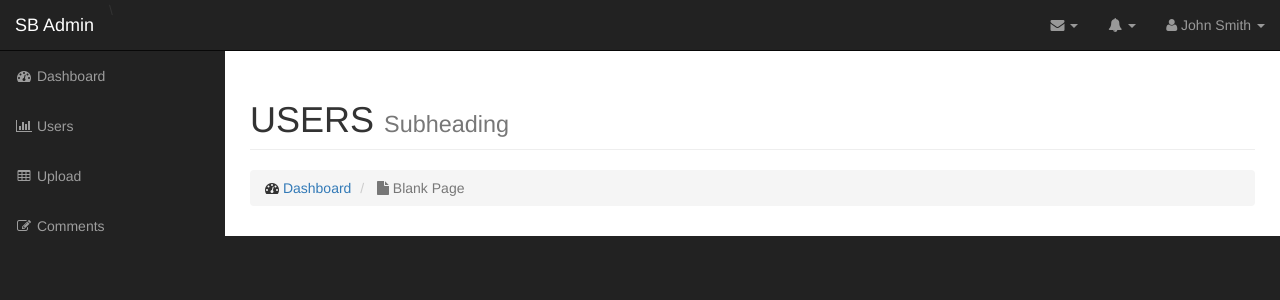
Repository: Dennis-star1001/PHP_OOP
Page: http://localhost/admin/comment.php
An editor plug-in stored every save of this project. The page is shown before and after the next save, followed by the edit.
The browser window is 1280 px wide. The pictures show the whole page.
The page is run by PHP 8.4 with error messages shown; the project is at /var/www/html/.

Above is the page before, as saved 2022-07-12 22:39:50.

### admin/comment.php
<?php include("includes/header.php"); ?>

<!-- Navigation -->
<nav class="navbar navbar-inverse navbar-fixed-top" role="navigation">\

    <!-- Brand and toggle get grouped for better mobile display -->
    <?php include("includes/top_nav.php") ?>

    <!-- Sidebar Menu Items - These collapse to the responsive navigation menu on small screens -->
    <?php include("includes/side_nav.php") ?>

    <!-- /.navbar-collapse -->
</nav>







<div id="page-wrapper">
    <div class="container-fluid">

        <!-- Page Heading -->
        <div class="row">
            <div class="col-lg-12">
                <h1 class="page-header">
               USERS
                    <small>Subheading</small>
                </h1>
                <ol class="breadcrumb">
                    <li>
                        <i class="fa fa-dashboard"></i> <a href="index.html">Dashboard</a>
                    </li>
                    <li class="active">
                        <i class="fa fa-file"></i> Blank Page
                    </li>
                </ol>
            </div>
        </div>
        <!-- /.row -->

    </div>

    <!-- /.container-fluid -->

</div>
<!-- /#page-wrapper -->

<?php include("includes/footer.php"); ?>

### admin/includes/header.php
<!DOCTYPE html>
<html lang="en">

<head>

    <meta charset="utf-8">
    <meta http-equiv="X-UA-Compatible" content="IE=edge">
    <meta name="viewport" content="width=device-width, initial-scale=1">
    <meta name="description" content="">
    <meta name="author" content="">

    <title>SB Admin - Bootstrap Admin Template</title>

    <!-- Bootstrap Core CSS -->
    <link href="css/bootstrap.min.css" rel="stylesheet">

    <!-- Custom CSS -->
    <link href="css/sb-admin.css" rel="stylesheet">

    <!-- Custom Fonts -->
    <link href="font-awesome/css/font-awesome.min.css" rel="stylesheet" type="text/css">

    <!-- HTML5 Shim and Respond.js IE8 support of HTML5 elements and media queries -->
    <!-- WARNING: Respond.js doesn't work if you view the page via file:// -->
    <!--[if lt IE 9]>
        <script src="https://oss.maxcdn.com/libs/html5shiv/3.7.0/html5shiv.js"></script>
        <script src="https://oss.maxcdn.com/libs/respond.js/1.4.2/respond.min.js"></script>
    <![endif]-->

</head>

<body>

    <div id="wrapper">

### admin/includes/top_nav.php

            <div class="navbar-header">
                <button type="button" class="navbar-toggle" data-toggle="collapse" data-target=".navbar-ex1-collapse">
                    <span class="sr-only">Toggle navigation</span>
                    <span class="icon-bar"></span>
                    <span class="icon-bar"></span>
                    <span class="icon-bar"></span>
                </button>
                <a class="navbar-brand" href="index.html">SB Admin</a>
            </div>
            <!-- Top Menu Items -->
            <ul class="nav navbar-right top-nav">
                <li class="dropdown">
                    <a href="#" class="dropdown-toggle" data-toggle="dropdown"><i class="fa fa-envelope"></i> <b class="caret"></b></a>
                    <ul class="dropdown-menu message-dropdown">
                        <li class="message-preview">
                            <a href="#">
                                <div class="media">
                                    <span class="pull-left">
                                        <img class="media-object" src="http://placehold.it/50x50" alt="">
                                    </span>
                                    <div class="media-body">
                                        <h5 class="media-heading">
                                            <strong>John Smith</strong>
                                        </h5>
                                        <p class="small text-muted"><i class="fa fa-clock-o"></i> Yesterday at 4:32 PM</p>
                                        <p>Lorem ipsum dolor sit amet, consectetur...</p>
                                    </div>
                                </div>
                            </a>
                        </li>
                        <li class="message-preview">
                            <a href="#">
                                <div class="media">
                                    <span class="pull-left">
                                        <img class="media-object" src="http://placehold.it/50x50" alt="">
                                    </span>
                                    <div class="media-body">
                                        <h5 class="media-heading">
                                            <strong>John Smith</strong>
                                        </h5>
                                        <p class="small text-muted"><i class="fa fa-clock-o"></i> Yesterday at 4:32 PM</p>
                                        <p>Lorem ipsum dolor sit amet, consectetur...</p>
                                    </div>
                                </div>
                            </a>
                        </li>
                        <li class="message-preview">
                            <a href="#">
                                <div class="media">
                                    <span class="pull-left">
                                        <img class="media-object" src="http://placehold.it/50x50" alt="">
                                    </span>
                                    <div class="media-body">
                                        <h5 class="media-heading">
                                            <strong>John Smith</strong>
                                        </h5>
                                        <p class="small text-muted"><i class="fa fa-clock-o"></i> Yesterday at 4:32 PM</p>
                                        <p>Lorem ipsum dolor sit amet, consectetur...</p>
                                    </div>
                                </div>
                            </a>
                        </li>
                        <li class="message-footer">
                            <a href="#">Read All New Messages</a>
                        </li>
                    </ul>
                </li>
                <li class="dropdown">
                    <a href="#" class="dropdown-toggle" data-toggle="dropdown"><i class="fa fa-bell"></i> <b class="caret"></b></a>
                    <ul class="dropdown-menu alert-dropdown">
                        <li>
                            <a href="#">Alert Name <span class="label label-default">Alert Badge</span></a>
                        </li>
                        <li>
                            <a href="#">Alert Name <span class="label label-primary">Alert Badge</span></a>
                        </li>
                        <li>
                            <a href="#">Alert Name <span class="label label-success">Alert Badge</span></a>
                        </li>
                        <li>
                            <a href="#">Alert Name <span class="label label-info">Alert Badge</span></a>
                        </li>
                        <li>
                            <a href="#">Alert Name <span class="label label-warning">Alert Badge</span></a>
                        </li>
                        <li>
                            <a href="#">Alert Name <span class="label label-danger">Alert Badge</span></a>
                        </li>
                        <li class="divider"></li>
                        <li>
                            <a href="#">View All</a>
                        </li>
                    </ul>
                </li>
                <li class="dropdown">
                    <a href="#" class="dropdown-toggle" data-toggle="dropdown"><i class="fa fa-user"></i> John Smith <b class="caret"></b></a>
                    <ul class="dropdown-menu">
                        <li>
                            <a href="#"><i class="fa fa-fw fa-user"></i> Profile</a>
                        </li>
                        <li>
                            <a href="#"><i class="fa fa-fw fa-envelope"></i> Inbox</a>
                        </li>
                        <li>
                            <a href="#"><i class="fa fa-fw fa-gear"></i> Settings</a>
                        </li>
                        <li class="divider"></li>
                        <li>
                            <a href="#"><i class="fa fa-fw fa-power-off"></i> Log Out</a>
                        </li>
                    </ul>
                </li>
            </ul>

### admin/includes/side_nav.php
<div class="collapse navbar-collapse navbar-ex1-collapse">
    <ul class="nav navbar-nav side-nav">
        <li>
            <a href="index.php"><i class="fa fa-fw fa-dashboard"></i> Dashboard</a>
        </li>
        <li>
            <a href="user.php"><i class="fa fa-fw fa-bar-chart-o"></i> Users</a>
        </li>
        <li>
            <a href="upload.php"><i class="fa fa-fw fa-table"></i> Upload</a>
        </li>
        <li>
            <a href="comment.php"><i class="fa fa-fw fa-edit"></i> Comments</a>
        </li>
    </ul>
</div>

### admin/css/sb-admin.css
/*!
 * Start Bootstrap - SB Admin Bootstrap Admin Template (http://startbootstrap.com)
 * Code licensed under the Apache License v2.0.
 * For details, see http://www.apache.org/licenses/LICENSE-2.0.
 */

/* Global Styles */

body {
    margin-top: 100px;
    background-color: #222;
}

@media(min-width:768px) {
    body {
        margin-top: 50px;
    }
}

#wrapper {
    padding-left: 0;
}

#page-wrapper {
    width: 100%;
    padding: 0;
    background-color: #fff;
}

.huge {
    font-size: 50px;
    line-height: normal;
}

@media(min-width:768px) {
    #wrapper {
        padding-left: 225px;
    }

    #page-wrapper {
        padding: 10px;
    }
}

/* Top Navigation */

.top-nav {
    padding: 0 15px;
}

.top-nav>li {
    display: inline-block;
    float: left;
}

.top-nav>li>a {
    padding-top: 15px;
    padding-bottom: 15px;
    line-height: 20px;
    color: #999;
}

.top-nav>li>a:hover,
.top-nav>li>a:focus,
.top-nav>.open>a,
.top-nav>.open>a:hover,
.top-nav>.open>a:focus {
    color: #fff;
    background-color: #000;
}

.top-nav>.open>.dropdown-menu {
    float: left;
    position: absolute;
    margin-top: 0;
    border: 1px solid rgba(0,0,0,.15);
    border-top-left-radius: 0;
    border-top-right-radius: 0;
    background-color: #fff;
    -webkit-box-shadow: 0 6px 12px rgba(0,0,0,.175);
    box-shadow: 0 6px 12px rgba(0,0,0,.175);
}

.top-nav>.open>.dropdown-menu>li>a {
    white-space: normal;
}

ul.message-dropdown {
    padding: 0;
    max-height: 250px;
    overflow-x: hidden;
    overflow-y: auto;
}

li.message-preview {
    width: 275px;
    border-bottom: 1px solid rgba(0,0,0,.15);
}

li.message-preview>a {
    padding-top: 15px;
    padding-bottom: 15px;
}

li.message-footer {
    margin: 5px 0;
}

ul.alert-dropdown {
    width: 200px;
}

/* Side Navigation */

@media(min-width:768px) {
    .side-nav {
        position: fixed;
        top: 51px;
        left: 225px;
        width: 225px;
        margin-left: -225px;
        border: none;
        border-radius: 0;
        overflow-y: auto;
        background-color: #222;
    }

    .side-nav>li>a {
        width: 225px;
    }

    .side-nav li a:hover,
    .side-nav li a:focus {
        outline: none;
        background-color: #000 !important;
    }
}

.side-nav>li>ul {
    padding: 0;
}

.side-nav>li>ul>li>a {
    display: block;
    padding: 10px 15px 10px 38px;
    text-decoration: none;
    color: #999;
}

.side-nav>li>ul>li>a:hover {
    color: #fff;
}

/* Flot Chart Containers */

.flot-chart {
    display: block;
    height: 400px;
}

.flot-chart-content {
    width: 100%;
    height: 100%;
}

/* Custom Colored Panels */

.huge {
    font-size: 40px;
}

.panel-green {
    border-color: #5cb85c;
}

.panel-green .panel-heading {
    border-color: #5cb85c;
    color: #fff;
    background-color: #5cb85c;
}

.panel-green a {
    color: #5cb85c;
}

.panel-green a:hover {
    color: #3d8b3d;
}

.panel-red {
    border-color: #d9534f;
}

.panel-red .panel-heading {
    border-color: #d9534f;
    color: #fff;
    background-color: #d9534f;
}

.panel-red a {
    color: #d9534f;
}

.panel-red a:hover {
    color: #b52b27;
}

.panel-yellow {
    border-color: #f0ad4e;
}

.panel-yellow .panel-heading {
    border-color: #f0ad4e;
    color: #fff;
    background-color: #f0ad4e;
}

.panel-yellow a {
    color: #f0ad4e;
}

.panel-yellow a:hover {
    color: #df8a13;
}

Loaded but not shown: admin/includes/footer.php (common file); admin/css/bootstrap.min.css (library); admin/font-awesome/css/font-awesome.min.css (library); admin/js/jquery.js (library); admin/js/bootstrap.min.js (library)

After the next save:
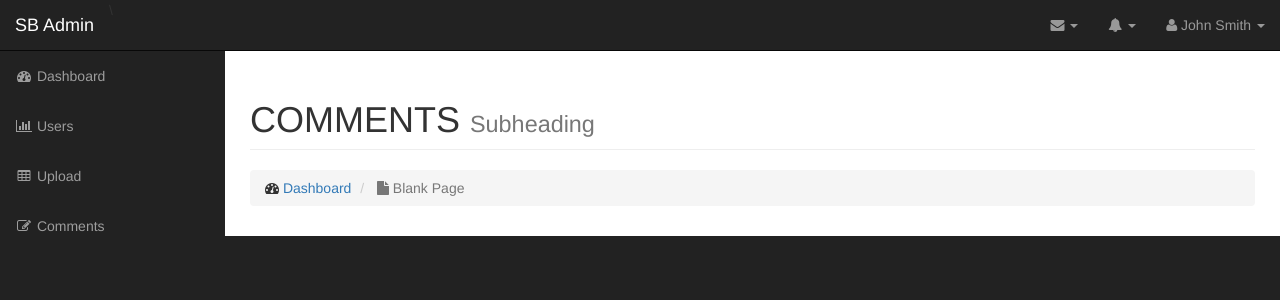
Saved 29 s later.
--- a/admin/comment.php
+++ b/admin/comment.php
@@ -25,7 +25,7 @@
         <div class="row">
             <div class="col-lg-12">
                 <h1 class="page-header">
-               USERS
+              COMMENTS
                     <small>Subheading</small>
                 </h1>
                 <ol class="breadcrumb">
